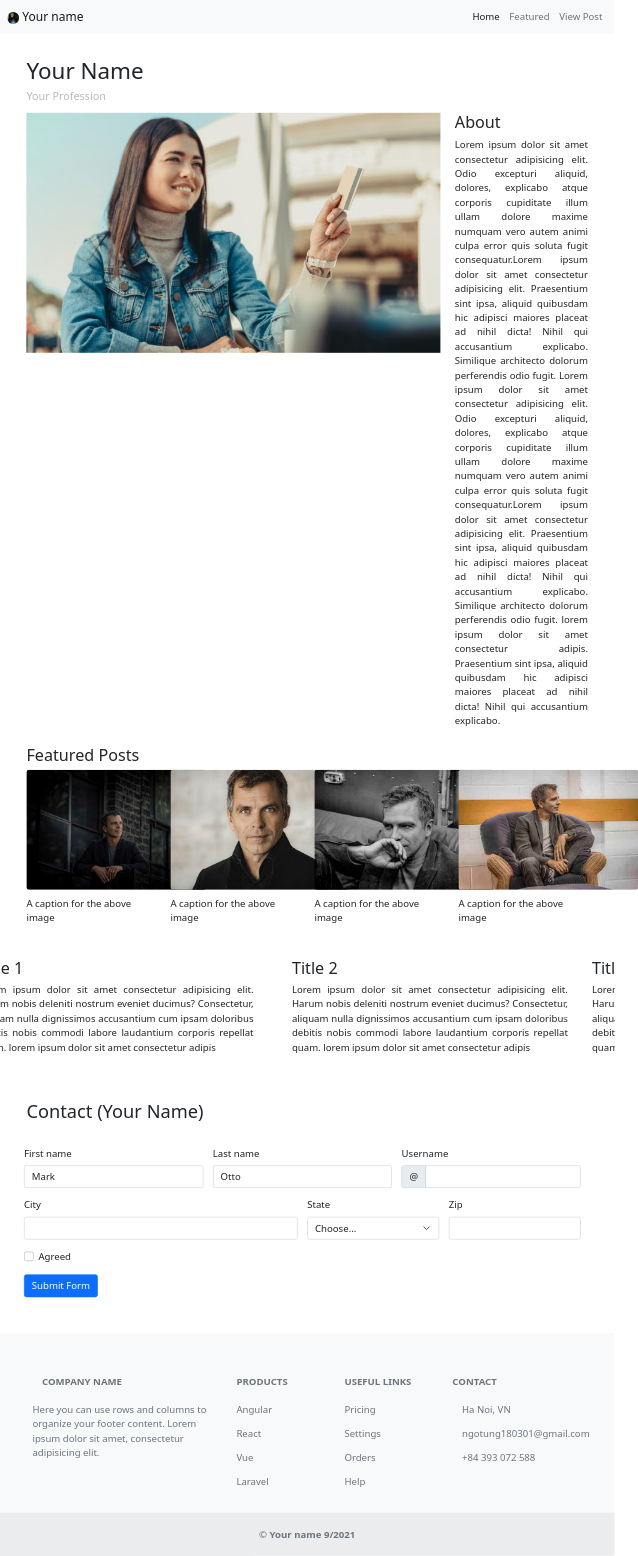
Repository: nvt01/72_1951061106_NgoVanTung
Page: BaiTh1/index.html
An editor plug-in stored every save of this project. The page is shown before and after the next save, followed by the edit.
The browser window is 1024 px wide. The page is 1064 px wide, so the pictures cover 1064 px, including what lies to the right of the window. The pictures show the whole page, at 60% of full size.

Above is the page before, as saved 2021-12-01 10:43:53.

After the next save:
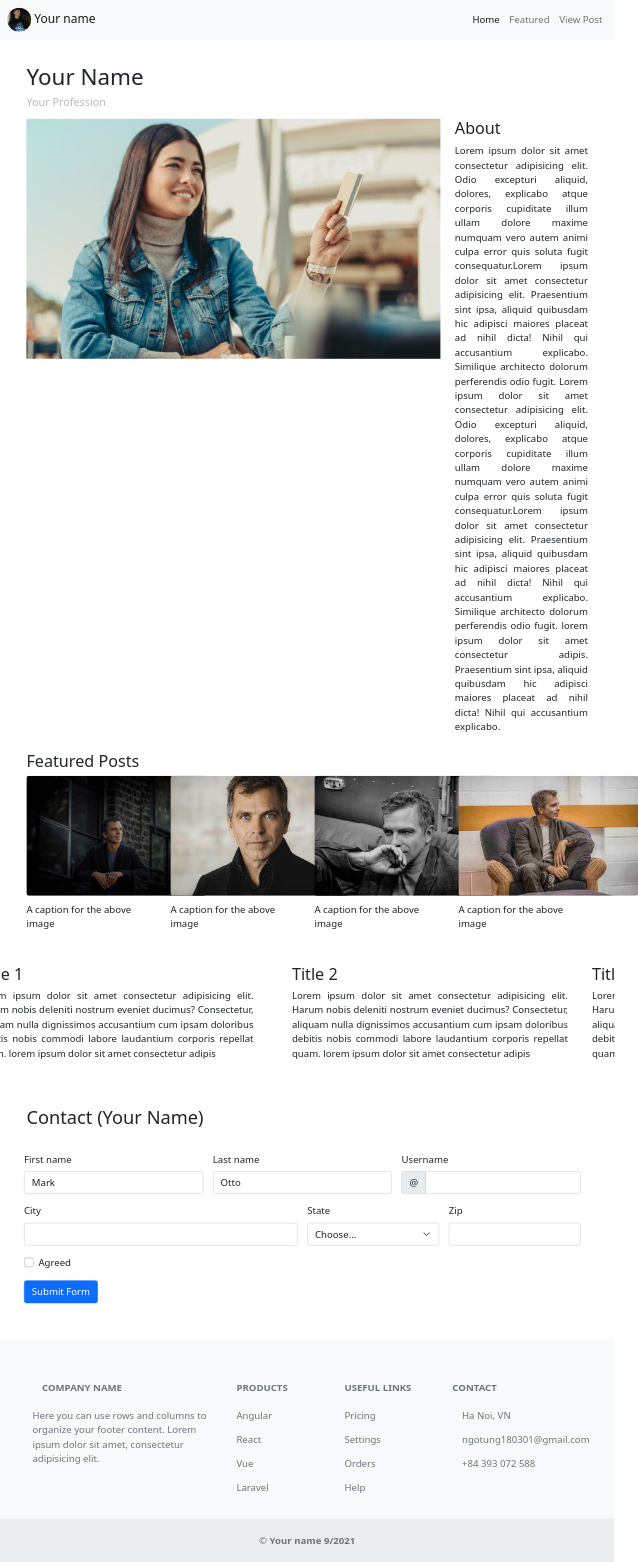
Saved 10 s later.
--- a/BaiTh1/style.css
+++ b/BaiTh1/style.css
@@ -66,8 +66,5 @@
 }
 
 @media screen and (max-width: 1025px) {
-    .nav-img {
-        width: 20px;
-        height: 20px;
-    }
+
 }
